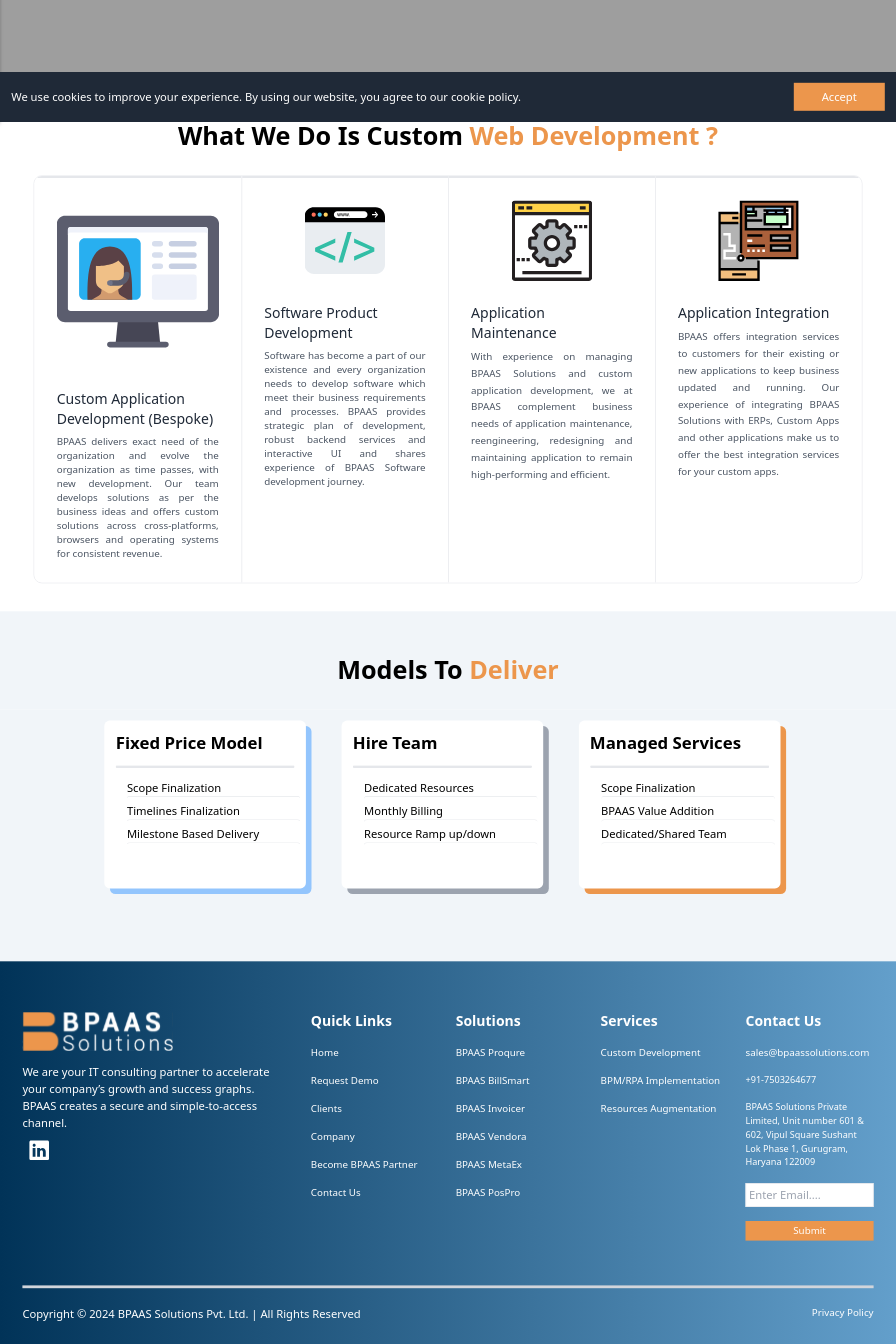
Repository: captainalpha/BP-Website
Page: /services/bp-services
These files come from the project's save history. The page is drawn as it stood at one moment and after the next save; the edit follows.
The browser window is 1280 px wide. The pictures show the part of the page from y = 546 to 2466 px (the page is 2466 px tall before and 2363 px after), at 70% of full size.
Pictures or frames that could not be fetched are drawn as grey boxes. The project was rebuilt for these pictures with package versions that can differ from the ones it lists, and the page was loaded fresh each time. The framework's server and built-in components were replaced by stand-ins that run in the browser. Also part of the build but not shown: next.config.js, components/common/TopBanner.js.

Above is the page before, as saved 2024-08-13 14:28:40.

After the next save:
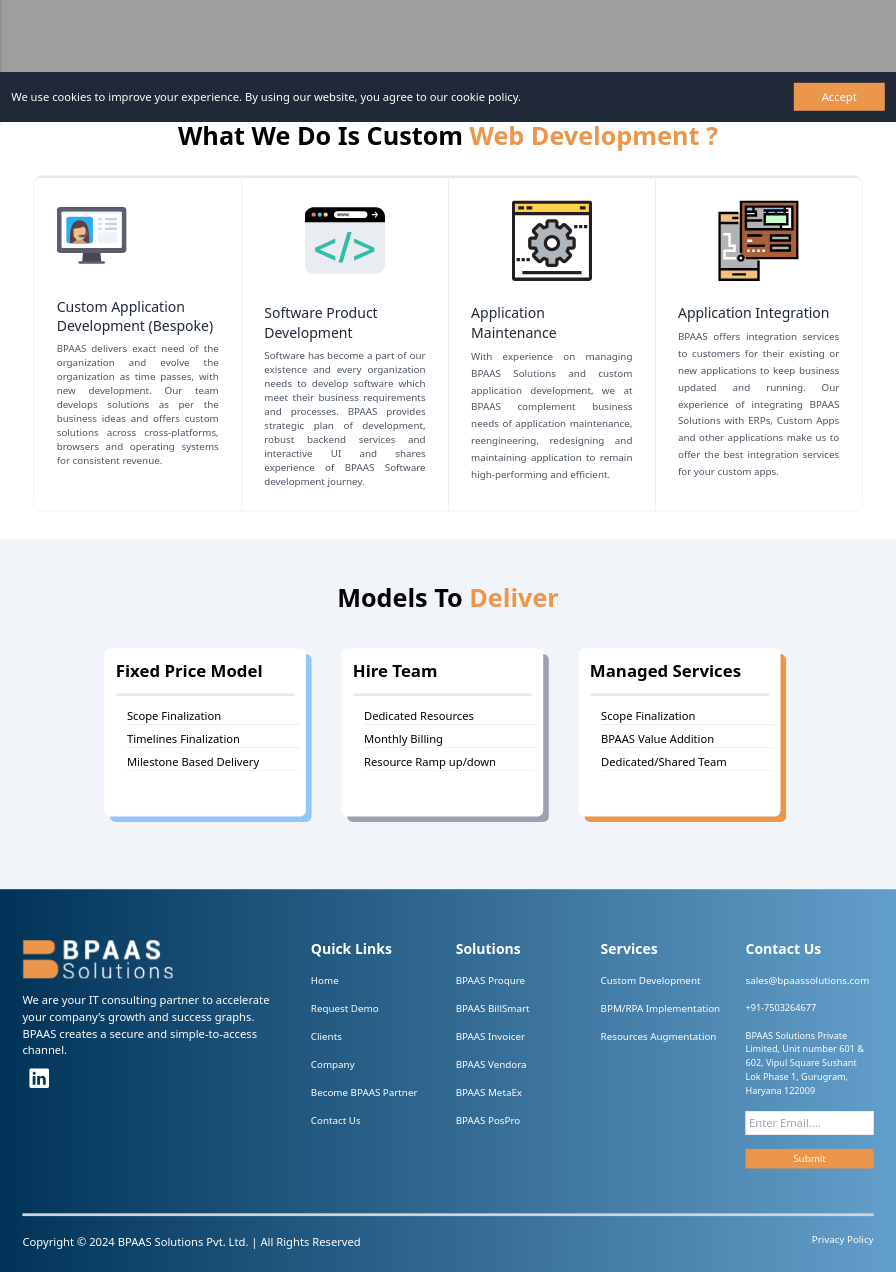
Saved 9 s later.
--- a/pages/services/bp-services.js
+++ b/pages/services/bp-services.js
@@ -22,8 +22,8 @@
                 <Image
                   src="/svg/customer-dev.svg"
                   className="w-1/2 mx-auto"
-                  width="350"
-                  height="350"
+                  width="100"
+                  height="100"
                   alt="customer-developement"
                 />
 
